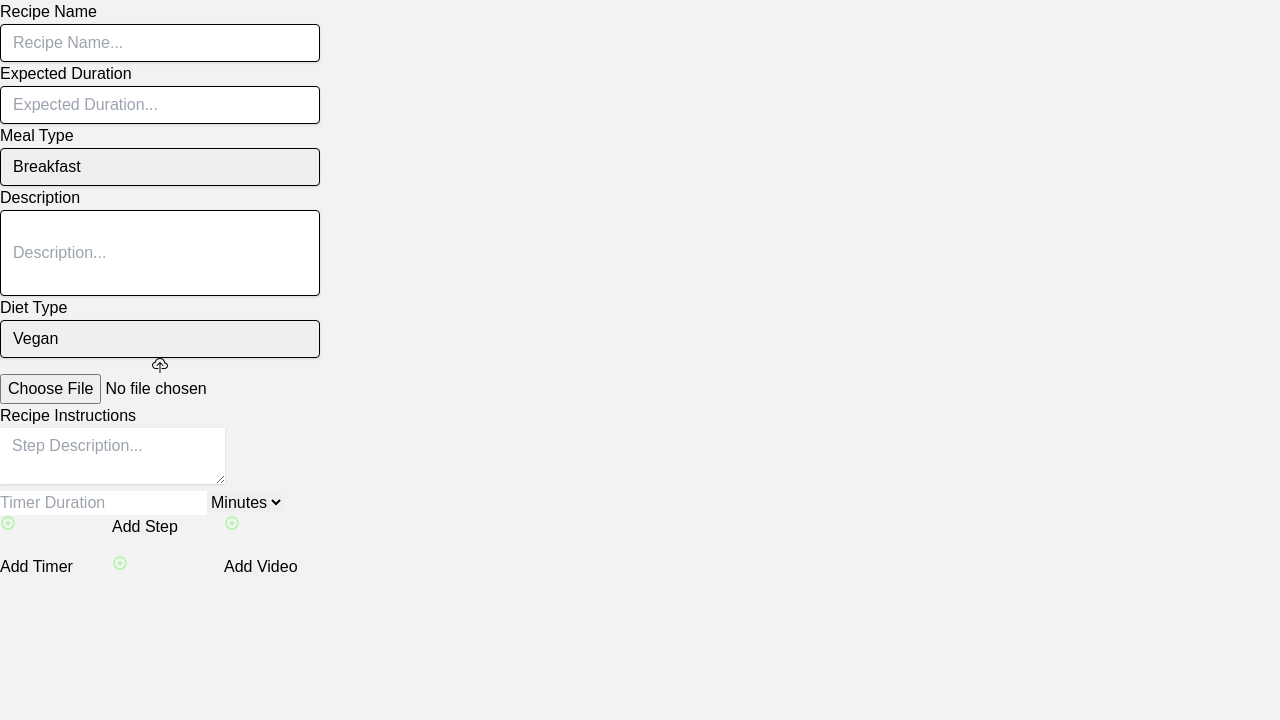
Repository: stvnsok/-capstone-project-3900-w18a-terraluna
Page: /new_recipe (app in frontend/)
The author's editor kept a copy of each file at every save. The page is drawn from the files as they stood at one save, then again after the next save.
The browser window is 1280 px wide. The pictures show the whole page.
The project was rebuilt for these pictures with package versions that can differ from the ones it lists, and the page was loaded fresh each time. Also part of the build but not shown: frontend/src/services/auth.service.ts, frontend/src/api.ts, frontend/src/services/recipeContributor.service.ts, frontend/src/components/global/Modal.tsx, frontend/src/components/global/TextInput.tsx, frontend/src/components/Auth/helperFunctions.ts, frontend/src/components/Auth/ChangeEmailForm.tsx, frontend/src/components/Auth/ChangePasswordForm.tsx and 10 more.

Above is the page before, as saved 2022-07-19 22:11:02.

### frontend/src/App.tsx
import NavBar from './components/NavBar';
import './index.css';
import React from 'react';
import { ToastContainer } from 'react-toastify';
import 'react-toastify/dist/ReactToastify.min.css';
import { BrowserRouter, Route, Routes } from 'react-router-dom';
import MyRecipes from './components/MyRecipes/MyRecipes';
import CreateRecipeCard from './components/NewRecipe/CreateRecipeCard';

function App() {
  return (
    <BrowserRouter>
      <div className="bg-tl-inactive-white min-h-screen min-w-full">
        <div className='fixed w-full z-[1000]'>
          <ToastContainer
            position='top-center'
            autoClose={3000}
            hideProgressBar={true}
            newestOnTop={true}
            closeOnClick
            closeButton={<></>}
            rtl={false}
            pauseOnFocusLoss
            draggable
            pauseOnHover
          />
        </div>
        <Routes>
          <Route path="/" element={<NavBar/>} />
          <Route path="/my_recipes" element={<MyRecipes />} />
          <Route path ="/new_recipe" element={<CreateRecipeCard />} />
        </Routes>
      </div>
    </BrowserRouter>

  );
}

export default App;

### frontend/src/components/NewRecipe/CreateRecipeCard.tsx
import React, { useState, useEffect } from 'react';
import { BsCloudUpload } from 'react-icons/bs';
import { HiOutlinePlusCircle } from 'react-icons/hi';
import { useForm } from 'react-hook-form'
import Button from '../global/Button';

interface recipeForm {
    name?: string,
    cookTime?:number
    description?:string
    recipeInstructions?:string[];
    mealType?:string
    dietType?:string
    timerDuration?:number[];
    timerUnits?:string;
    requiredIngredients?:string[];
    recipePhoto_url?: string;
    recipeVideo_url?: string;
}

export default function CreateRecipe () {

    const { register, handleSubmit } = useForm<recipeForm>();
    const [image, setImage] = useState<File>();
    const [preview, setPreview] = useState<string>();

    // const inputFileRef = useRef<HTMLInputElement | null>(null);

    const onSubmit = async (data: recipeForm) => {
        console.log(data);
        //TODO: API REQUEST TO BACKEND
    }

    useEffect(() => {
        if (image) {
          const reader = new FileReader();
          reader.onloadend = () => {
            setPreview(reader.result as string);
          };
          reader.readAsDataURL(image);
        } else {
          setPreview('');
        }
      }, [image]);

    return <React.Fragment>
        <div className = 'w-full max-w-xs content-center'>

            <form>
                <div>
                    <label htmlFor='name'> Recipe Name</label>
                    <input
                        {...register('name', { required: true})}
                        placeholder = "Recipe Name..."
                        className = 'shadow appearance-none border rounded w-full py-2 px-3 text-gray-700 leading-tight focus:outline-none focus:shadow-lg border-opacity-0'
                    />
                </div>
                <div>
                    <label htmlFor = 'cookTime'> Expected Duration</label>
                    <input
                        {...register('cookTime', { required: true})}
                        placeholder = "Expected Duration..."
                        className = 'shadow appearance-none border rounded w-full py-2 px-3 text-gray-700 leading-tight focus:outline-none focus:shadow-lg border-opacity-0'
                    />
                </div>
                <div>
                    <label htmlFor = 'mealType'> Meal Type</label>
                    <select
                        {...register('mealType', { required: true})}
                        placeholder = 'Meal Type...'
                        className = 'shadow appearance-none border rounded w-full py-2 px-3 text-gray-700 leading-tight focus:outline-none focus:shadow-lg border-opacity-0'
                    >
                        <option value = 'breakfast'>Breakfast</option>
                        <option value = 'lunch'>Lunch</option>
                        <option value = 'dinner'>Dinner</option>
                        <option value = 'snack'>Snack</option>
                    </select>
                </div>
                <div>
                    <label htmlFor = 'description'> Description</label>
                    <input
                        {...register('description', { required: true})}
                        placeholder = 'Description...'
                        className = 'shadow appearance-none border rounded w-full py-8 px-3 text-gray-700 leading-tight focus:outline-none focus:shadow-lg border-opacity-0'

                    />

                </div>
                <div>
                    <label htmlFor = 'dietType'> Diet Type</label>
                    <select
                        {...register('dietType')}
                        className = 'shadow appearance-none border rounded w-full py-2 px-3 text-gray-700 leading-tight focus:outline-none focus:shadow-lg border-opacity-0'
                    >
                        <option value = 'vegan'>Vegan</option>
                        <option value = 'vegetarian'>Vegetarian</option>
                        <option value = 'gluten-free'>Gluten-Free</option>
                        <option value = 'dairy-free'>Dairy-Free</option>
                        <option value = 'nut-free'>Nut-Free</option>
                        <option value = 'Halal'>Halal</option>

                    </select>
                </div>
                <div className = 'mborder border-dashed border-tl-active-green '>
                    {preview ? <img src = {preview} alt = 'recipe'/>
                    : (
                    <div className = 'flex justify-center items-center'>
                        <BsCloudUpload
                            className = 'icon-large'
                        />
                    </div>
                    )}
                    <input
                        type = 'file'
                        accept = "image/*"
                        {...register('recipePhoto_url')}
                        onChange = {(e) => {
                            e.preventDefault();
                            setImage(e.target.files?.[0]);
                        }}
                    />
                    {/* <Button
                            onClick = {() => {
                                inputFileRef.current.click();
                            }}
                        text={('Upload Photo')}
                    /> */}
                </div>
                <div>
                    <label htmlFor = 'Instruction'> Recipe Instructions</label>
                    <textarea
                        {...register('recipeInstructions')}
                        placeholder = 'Step Description...'
                        className='shadow appearance-none py-2 px-3 text-gray-900 leading-tight focus:outline-none focus:shadow-lg border-opacity-0'

                    />

                    <input
                        {...register('timerDuration')}
                        placeholder = 'Timer Duration'
                    />
                    <select
                        placeholder='Timer Units'
                        {...register('timerUnits')}
                    >
                        <option value = 'minutes'>Minutes</option>
                        <option value = 'hours'>Hours</option>
                    </select>
                    <div className = 'grid grid-cols-3 gap-4'>

                        <HiOutlinePlusCircle
                            onClick = {() => {
                                console.log('Todo:add step');
                            }}
                            color = '#A8F59B'
                        />
                        Add Step
                        <HiOutlinePlusCircle
                            onClick = {() => {
                                console.log('Todo:add timer');
                            }}
                            color = '#A8F59B'
                        />
                        Add Timer
                        <HiOutlinePlusCircle
                            onClick = {() => {
                                console.log('Todo:add video');
                            }}
                            color = '#A8F59B'
                        />
                        Add Video
                    </div>
                </div>

                <div>
                    <Button
                        onClick = {handleSubmit(onSubmit)}
                    />

                </div>


            </form>
        </div>
    </React.Fragment>
}

### frontend/src/components/global/Button.tsx
import React from "react";

interface ButtonProps {
    className?: string;
    onClick: () => void;
    text?: string | JSX.Element;
}

const Button =  ({
    className,
    onClick,
    text
}: ButtonProps) => {
    return (<button
        className={className + ' hover:opacity-75'}
        onClick={onClick}
    >
        {text ?? ''}
    </button>)
}

export default Button

### frontend/tailwind.config.js
/** @type {import('tailwindcss').Config} */
module.exports = {
  content: ["./src/**/*.{js,jsx,ts,tsx}",],
  theme: {
    colors: {
      tl: {
        'inactive-white': '#f2f2f2',
        'active-white': '#ffffff',
        'inactive-blue': '#4FFFC0',
        'active-blue': '#2461FF',
        'inactive-green': '#A8F59B',
        'active-green': '#4BB03A',
        'inactive-red': '#FF7E7E',
        'active-red': '#FF3030',
        'inactive-black': '#282828',
        'active-black': '#000000',
        'inactive-grey': '#8e8e8e',
        'active-grey': '#4d4d4d',
      }
    },
    fontFamily: {
      sans: ['Graphik', 'sans-serif'],
      serif: ['Merriweather', 'serif'],
    },
    extend: {
      spacing: {
        '8xl': '96rem',
        '9xl': '128rem',
      },
      borderRadius: {
        '4xl': '2rem',
      }
    }
  },
  plugins: [],
}

Loaded but not shown: frontend/public/index.html (common file); frontend/src/index.js (common file); frontend/src/index.css (common file); frontend/src/reportWebVitals.js (common file)

After the next save:
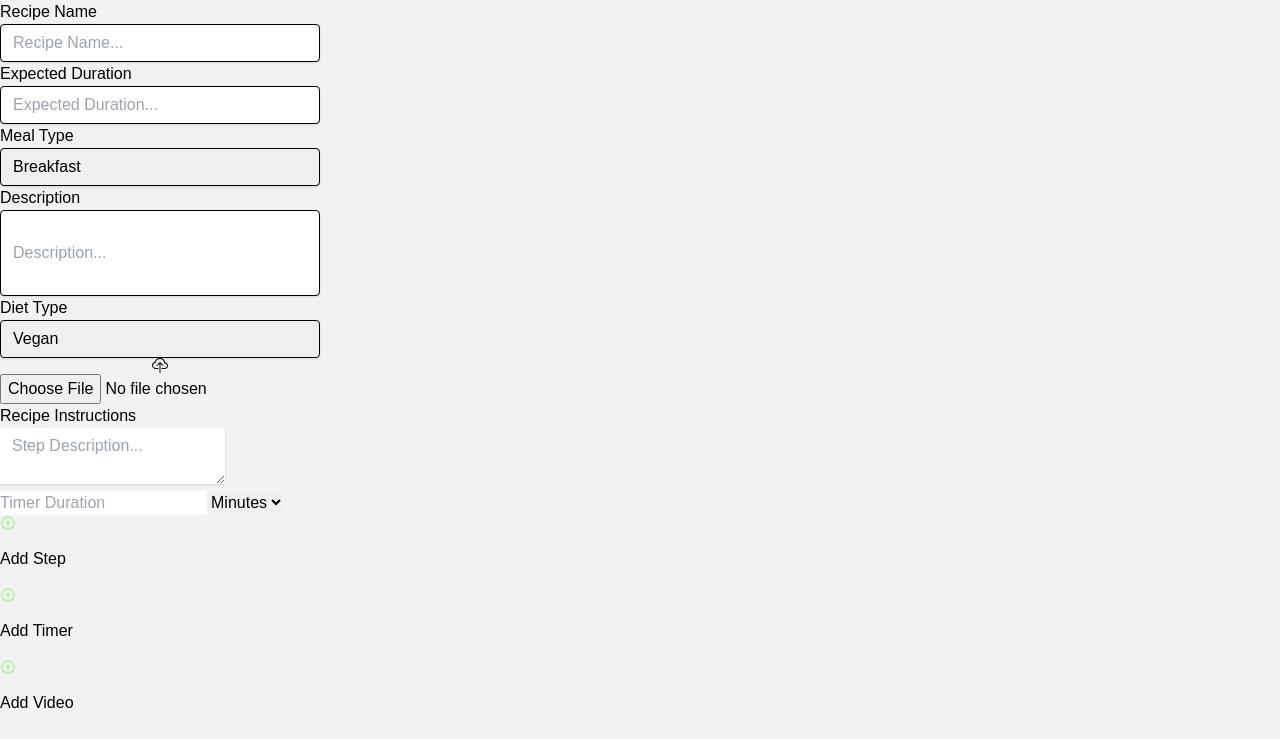
Saved 82 s later.
--- a/frontend/src/components/NewRecipe/CreateRecipeCard.tsx
+++ b/frontend/src/components/NewRecipe/CreateRecipeCard.tsx
@@ -146,7 +146,7 @@ export default function CreateRecipe () {
                         <option value = 'minutes'>Minutes</option>
                         <option value = 'hours'>Hours</option>
                     </select>
-                    <div className = 'grid grid-cols-3 gap-4'>
+                    <div className = 'grid grid-cols-1 gap-4'>
 
                         <HiOutlinePlusCircle
                             onClick = {() => {
